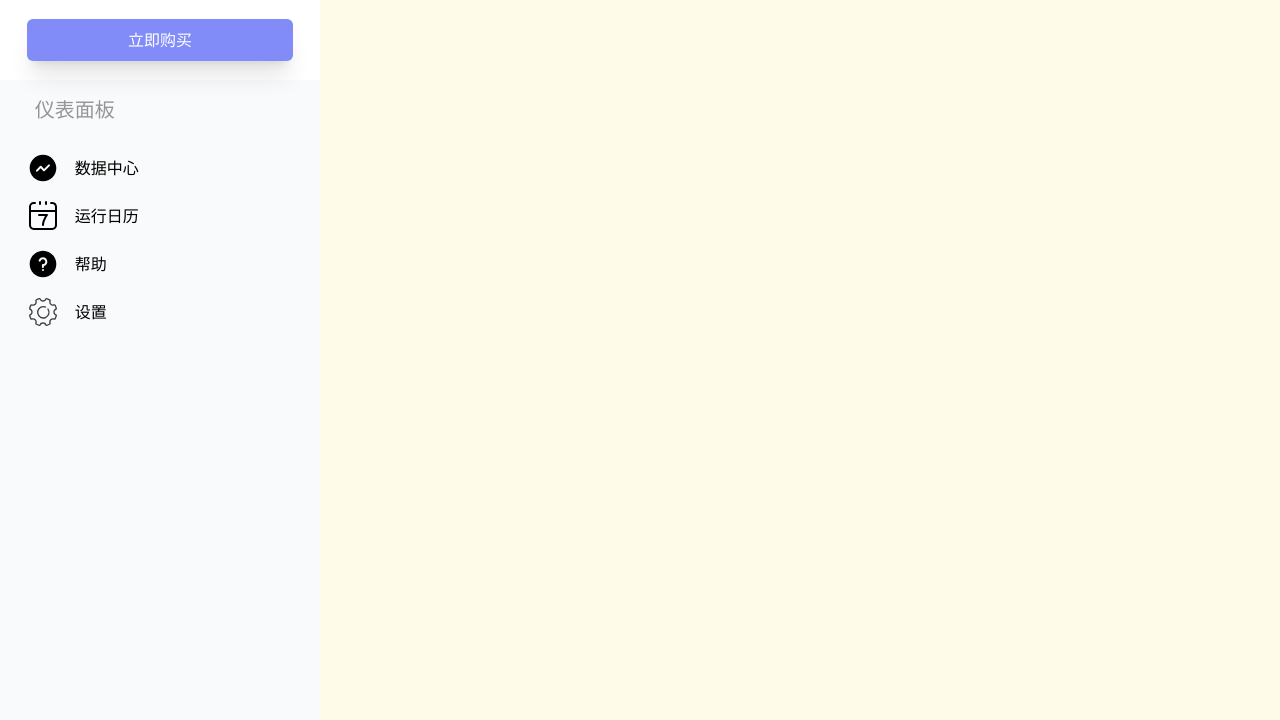
Repository: LiuRuohui/useWater
Page: /
These files come from the project's save history. The page is drawn as it stood at one moment and after the next save; the edit follows.
The browser window is 1280 px wide. The pictures show the whole page.
The project was rebuilt for these pictures with package versions that can differ from the ones it lists, and the page was loaded fresh each time. Also part of the build but not shown: vite.config.js.

Above is the page before, as saved 2022-04-06 09:18:43.

After the next save:
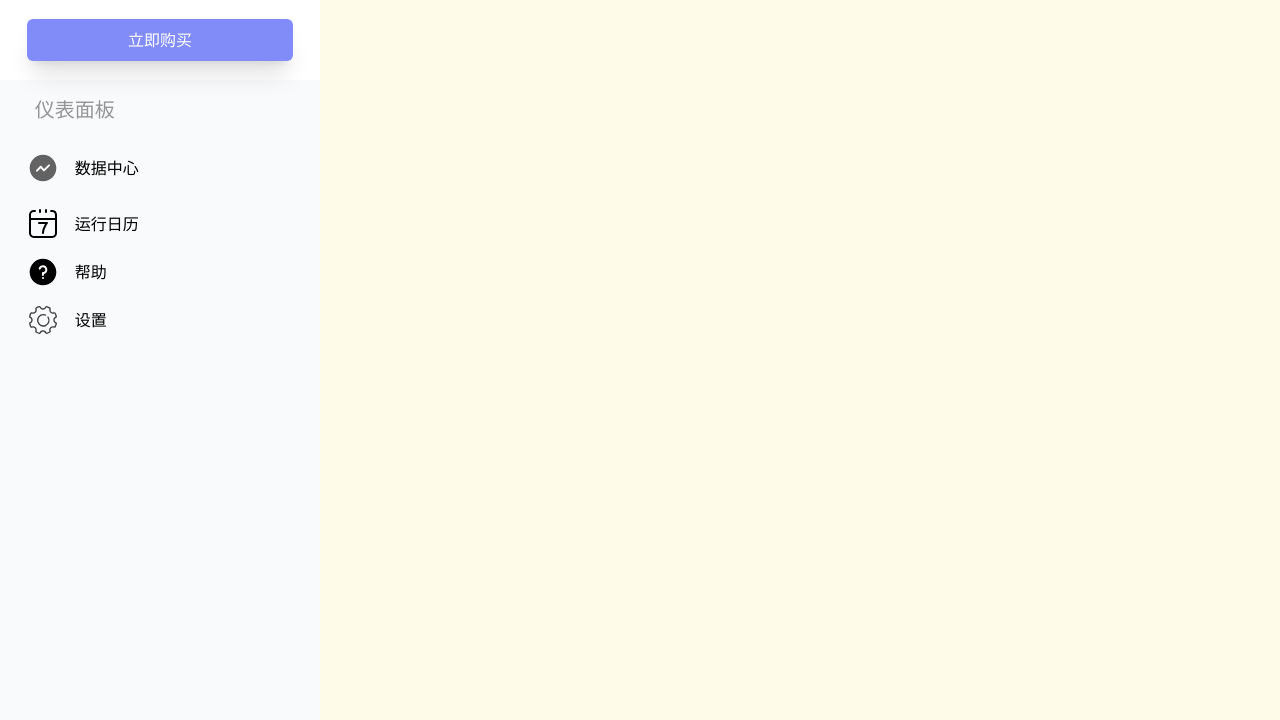
Saved 21 s later.
--- a/src/components/HelloWorld.vue
+++ b/src/components/HelloWorld.vue
@@ -16,8 +16,11 @@
             <div class="mt-4 flex flex-grow flex-col">
                 <div class="flex flex-col my-2">
                     <div class="flex flex-row">
-                      <img src="../assets/数据.svg" alt="" class="h-8">
+                      <img src="../assets/数据.svg" alt="" class="h-8 opacity-60">
                       <div class="pl-4 pt-1">数据中心</div>
+                    </div>
+                    <div class="mt-2 ">
+
                     </div>
                 </div>
                 <div class="flex flex-row my-2">
